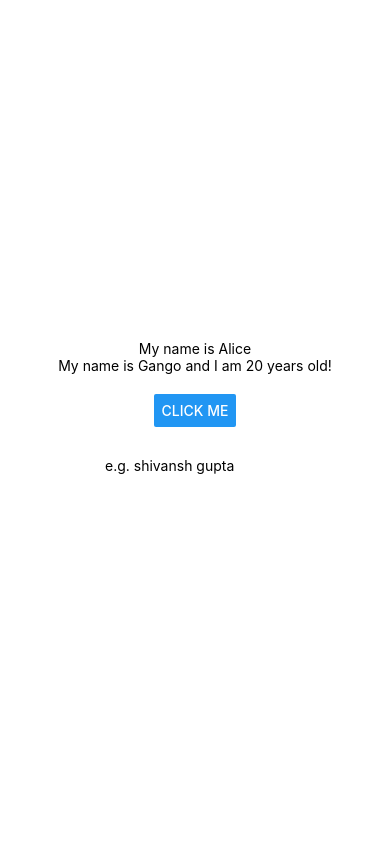
Repository: shiv0403/React-native-tutorial
Screen: /
These files come from the project's save history. The screen is drawn as it stood at one moment and after the next save; the edit follows.
The app was drawn by React Native's web renderer in a window 390 px wide. The project was rebuilt for these pictures with package versions that can differ from the ones it lists, and the page was loaded fresh each time.

Above is the screen before, as saved 2021-02-10 16:31:49.

### App.js
import React, { useState } from "react";
import { Button, StyleSheet, Text, TextInput, View } from "react-native";

export default function App() {
  const [name, SetName] = useState("Alice");
  const [details, setDetails] = useState({
    name: "Gango",
    age: "20",
  });

  const handleClick = () => {
    SetName("John");
    setDetails({
      name: "Topper",
      age: "19",
    });
  };

  return (
    <View style={styles.container}>
      <Text>My name is {name}</Text>
      <Text>
        My name is {details.name} and I am {details.age} years old!
      </Text>
      <View style={styles.button}>
        <Button title="Click Me" onPress={handleClick} />
      </View>
      <View>
        <TextInput
          style={styles.input}
          placeholder="e.g. shivansh gupta"
          keyboardType="email-address"
        />
      </View>
    </View>
  );
}

const styles = StyleSheet.create({
  container: {
    flex: 1,
    backgroundColor: "#fff",
    alignItems: "center",
    justifyContent: "center",
  },
  button: {
    marginTop: 20,
  },
  input: {
    borderColor: "#000000",
    padding: 10,
    margin: 20,
    width: 200,
  },
});

After the next save:
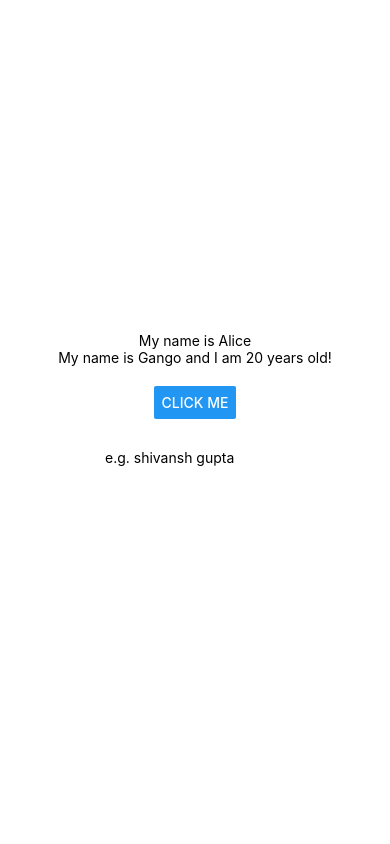
Saved 12 s later.
--- a/App.js
+++ b/App.js
@@ -30,6 +30,7 @@ export default function App() {
           style={styles.input}
           placeholder="e.g. shivansh gupta"
           keyboardType="email-address"
+          multiline
         />
       </View>
     </View>
